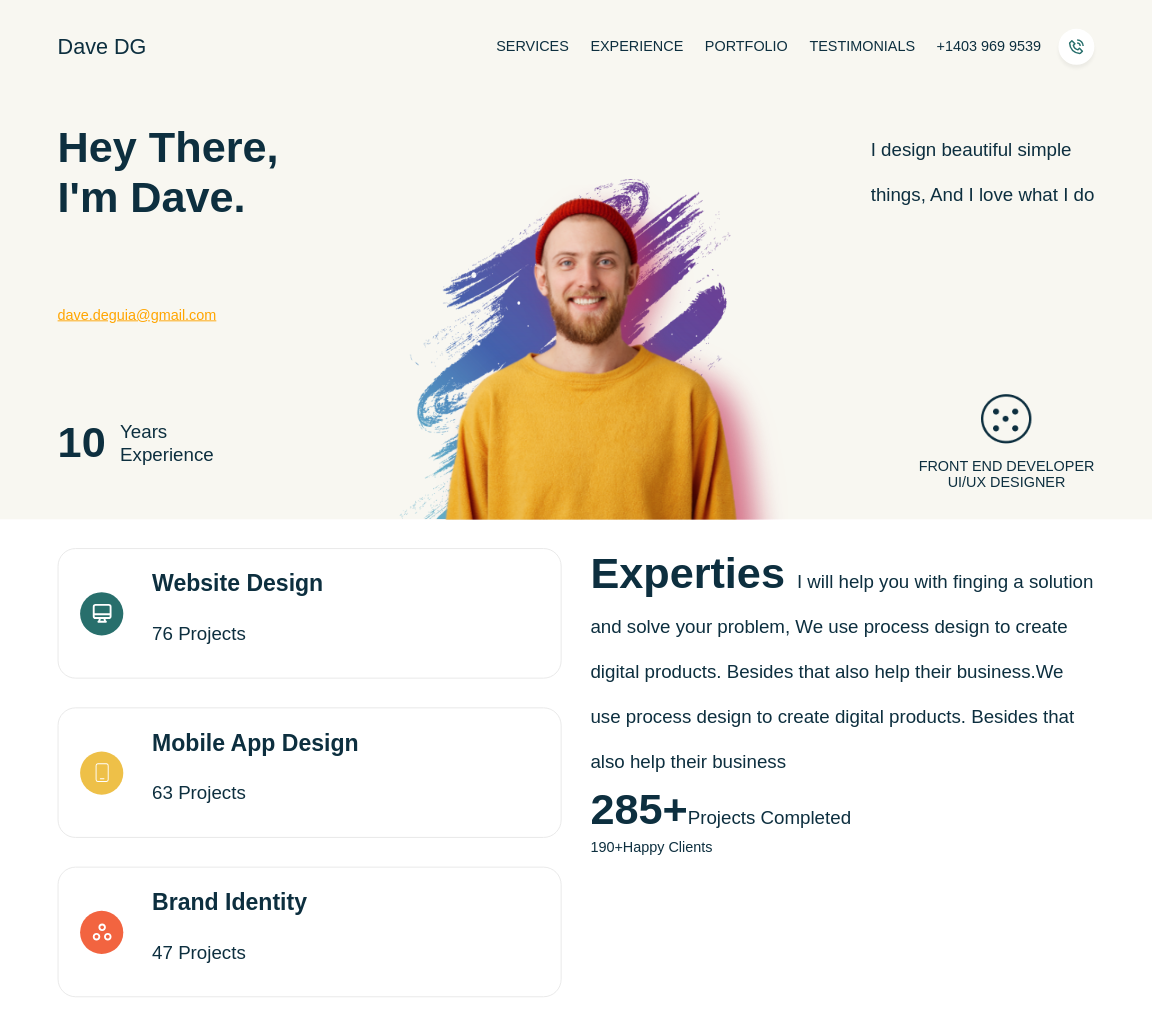
Repository: davedeguia/framer-motion-portfolio
Page: /
The author's editor kept a copy of each file at every save. The page is drawn from the files as they stood at one save, then again after the next save.
The browser window is 1280 px wide. The pictures show the whole page, at 90% of full size.
Some web fonts or font styles are not loaded; a fallback is used. The project was rebuilt for these pictures with package versions that can differ from the ones it lists, and the page was loaded fresh each time. Also part of the build but not shown: vite.config.js.

Above is the page before, as saved 2023-02-10 16:27:20.

After the next save:
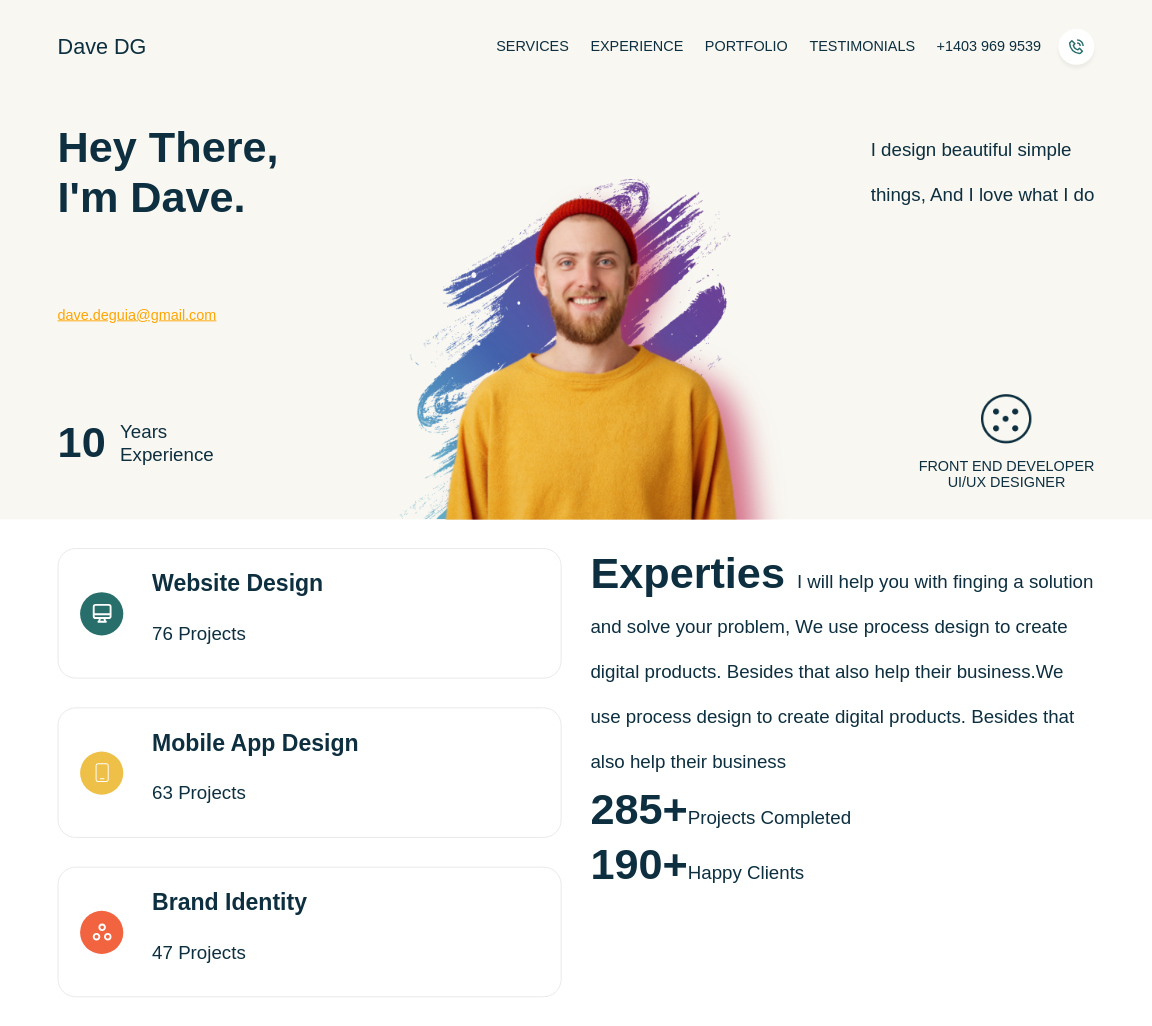
Saved 34 s later.
--- a/src/components/Experties/Experties.jsx
+++ b/src/components/Experties/Experties.jsx
@@ -42,8 +42,8 @@ const Experties = () => {
           </div>
           <div className={css.stats}>
             <div className={css.stat}>
-              <span>190+</span>
-              <span>Happy Clients</span>
+              <span className='primaryText'>190+</span>
+              <span className='secondaryText'>Happy Clients</span>
             </div>
           </div>
         </div>
